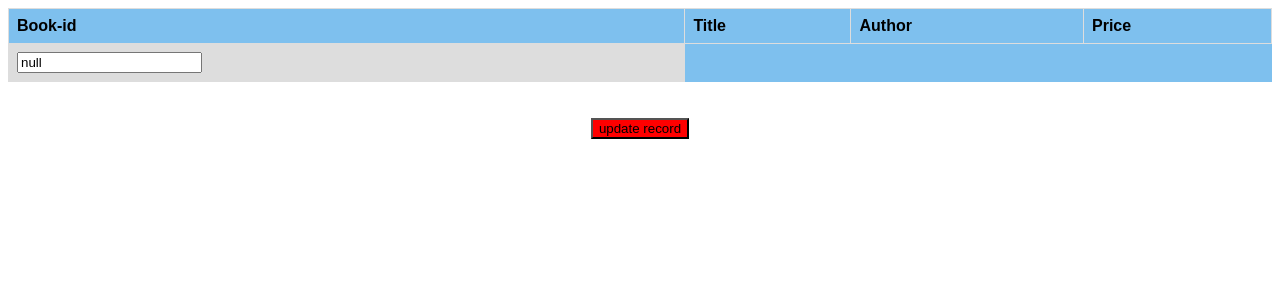
Repository: Saikumar6901/DBSTrainingModules
Page: http://localhost/Bookmanagement/updatedetails.jsp
These files come from the project's save history. The page is drawn as it stood at one moment and after the next save; the edit follows.
The browser window is 1280 px wide. The pictures show the whole page.
The page is served by Tomcat 9. Other server files are loaded and not shown.

Above is the page before, as saved 2019-08-12 15:09:30.

### eclipse/Bookmanagement/WebContent/updatedetails.jsp
<%@ page language="java" contentType="text/html; charset=ISO-8859-1"
    import="java.sql.*" pageEncoding="ISO-8859-1"%>
<!DOCTYPE html>
<html>
<head>
<meta charset="ISO-8859-1">
<title>Insert title here</title>
<style>
table {
  font-family: arial, sans-serif;
  border-collapse: collapse;
  width: 100%;
  background-color: #7ec0ee;
}

td, th {
  border: 1px solid #dddddd;
  text-align: left;
  padding: 8px;
}

tr:nth-child(even) {
  background-color: #dddddd;
}
.subbutton{
  margin:auto;
  display:block;
  background-color: #ff0000;
}
</style>
</head>
<body>
<form action="Bookdp">
<table>
  <tr>
    <th>Book-id</th>
    <th>Title</th>
    <th>Author</th>
    <th>Price</th>
  </tr>
<td><input type="text" name="bookid" value="
<% out.println(request.getParameter("bookid")); %>
"></td>
<%

String s="update";
Connection conn = null;
Statement stmt = null;
int c=0;
try{
Class.forName("org.mariadb.jdbc.Driver");
conn = DriverManager.getConnection("jdbc:mariadb://localhost:3306/sai", "root", "password");
   System.out.println("Connected database successfully...");
   //STEP 4: Execute a query
   System.out.println("selecting data from table in given database...");
 stmt = conn.createStatement();
  int bookid=Integer.parseInt(request.getParameter("bookid"));
	String sql="select * from book where bookid="+bookid;
	ResultSet rs = stmt.executeQuery(sql);
	while(rs.next()) {
		c++;

%>
<td><input type="text" name="title" value="
 <% out.print(rs.getString(2)); %>
 "></td>
 <td><input type="text" name="author" value="
 <%out.print(rs.getString(3));%>"></td>
 <td><input type="text" name="price" value="<%out.print(rs.getString(4));%>"></td>
 <%
	}
	if(c==0)
		out.println("please check the bookid "+bookid);
}
catch(Exception e){

}
%>
  </table><br></br>
 <input type="hidden" name="bookdetails" value="<%=s%>">
<input type="submit" class="subbutton" value="update record">
</form>
</body>
</html>

After the next save:
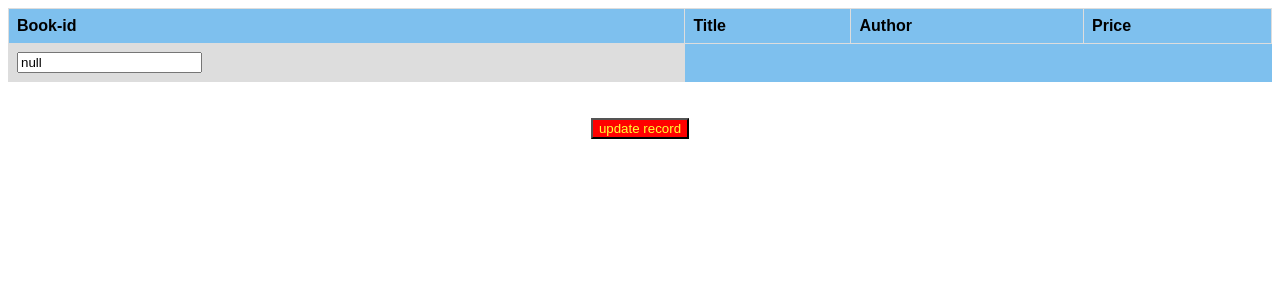
Saved 68 s later.
--- a/eclipse/Bookmanagement/WebContent/updatedetails.jsp
+++ b/eclipse/Bookmanagement/WebContent/updatedetails.jsp
@@ -26,6 +26,7 @@ tr:nth-child(even) {
   margin:auto;
   display:block;
   background-color: #ff0000;
+  color: #FFFF33;
 }
 </style>
 </head>
